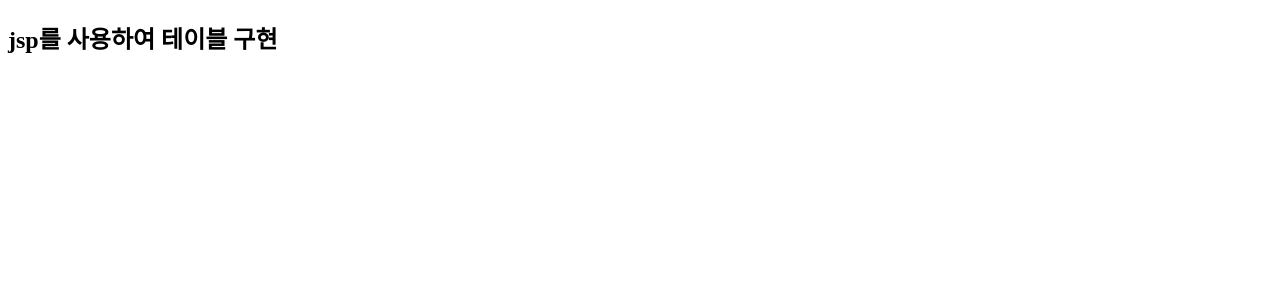
Repository: jihyeon00/java_web_sol
Page: http://localhost/jspweb_07/forstat_ex.jsp
These files come from the project's save history. The page is drawn as it stood at one moment and after the next save; the edit follows.
The browser window is 1280 px wide. The pictures show the whole page.
The page is served by Tomcat 9.

Above is the page before, as saved 2024-01-11 00:39:45.

### workspace_stsb/jspweb_07/src/main/webapp/forstat_ex.jsp
<%@ page import="java.util.*"%>
<%@ page language="java" contentType="text/html; charset=UTF-8"
    pageEncoding="UTF-8"%>
<!DOCTYPE html>
<html>
<head>
<meta charset="UTF-8">
<title>Insert title here</title>
</head>
<body>
	<h2>jsp를 사용하여 테이블 구현</h2>
	<%
		ArrayList name = new ArrayList();
		name.add("김상완");
		name.add("배승재");
		name.add("승지우");
		ArrayList departName = new ArrayList();
		departName.add("기획팀");


	%>
</body>
</html>

After the next save:
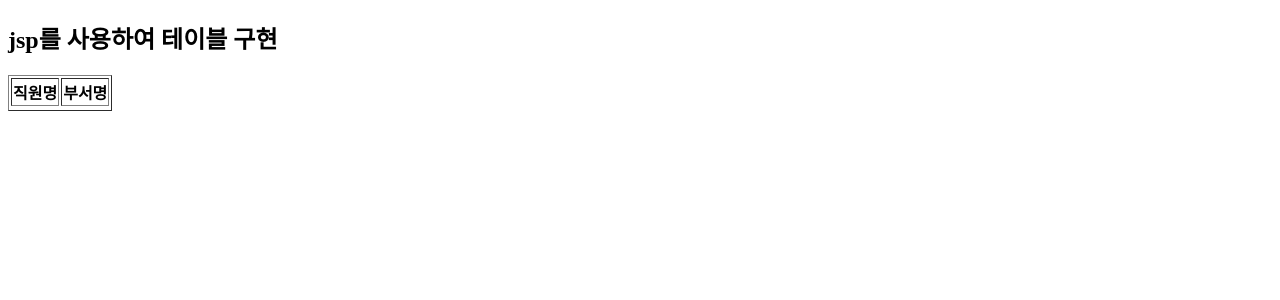
Saved 110 s later.
--- a/workspace_stsb/jspweb_07/src/main/webapp/forstat_ex.jsp
+++ b/workspace_stsb/jspweb_07/src/main/webapp/forstat_ex.jsp
@@ -16,7 +16,17 @@
 		name.add("승지우");
 		ArrayList departName = new ArrayList();
 		departName.add("기획팀");
+		departName.add("개발팀");
+		departName.add("보안팀");
 
+		out.println("<table border='1'>");
+		out.println("<tr>");
+		out.println("<th>직원명</th>");
+		out.println("<th>부서명</th>");
+		out.println("<tr>");
+
+
+		out.println("</table>");
 
 	%>
 </body>
